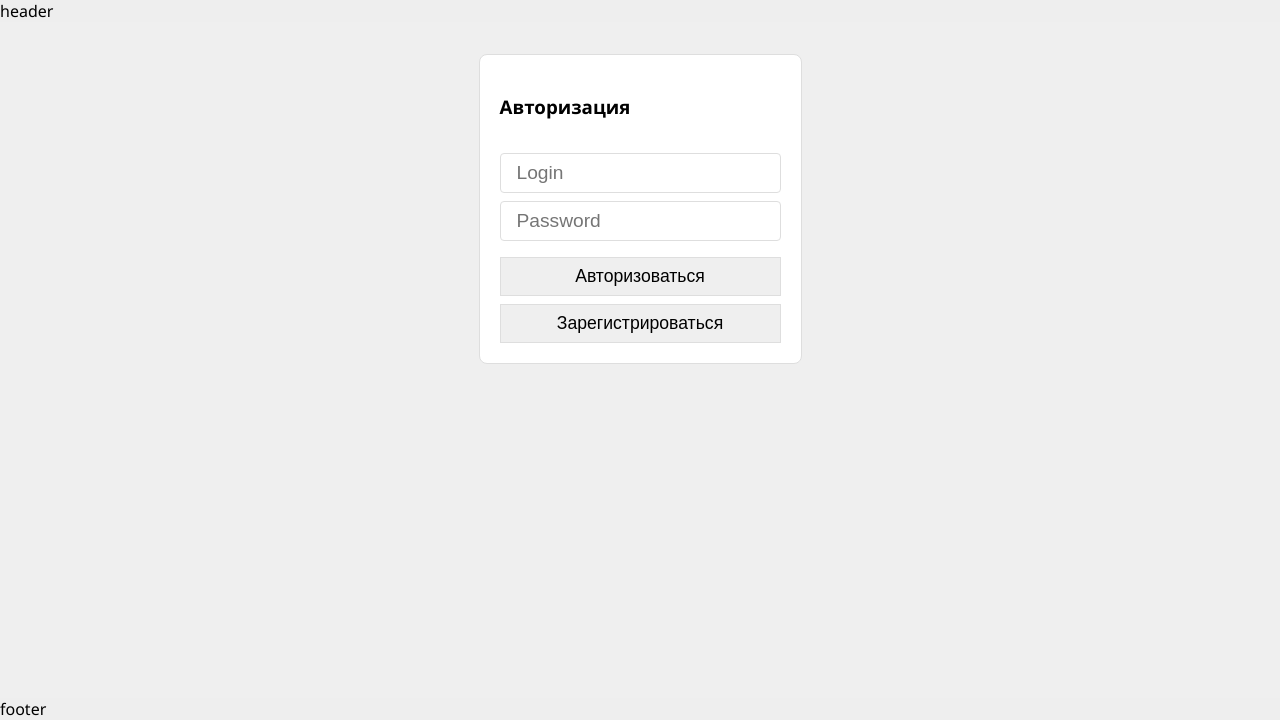
Repository: slep0y/fakeAuth
Page: index.html
The author's editor kept a copy of each file at every save. The page is drawn from the files as they stood at one save, then again after the next save.
The browser window is 1280 px wide. The pictures show the whole page.
The style sheet was rebuilt from its Sass, Less or Tailwind sources for each picture, by a compiler version that may differ from the author's.

Above is the page before, as saved 2025-01-19 18:15:57.

After the next save:
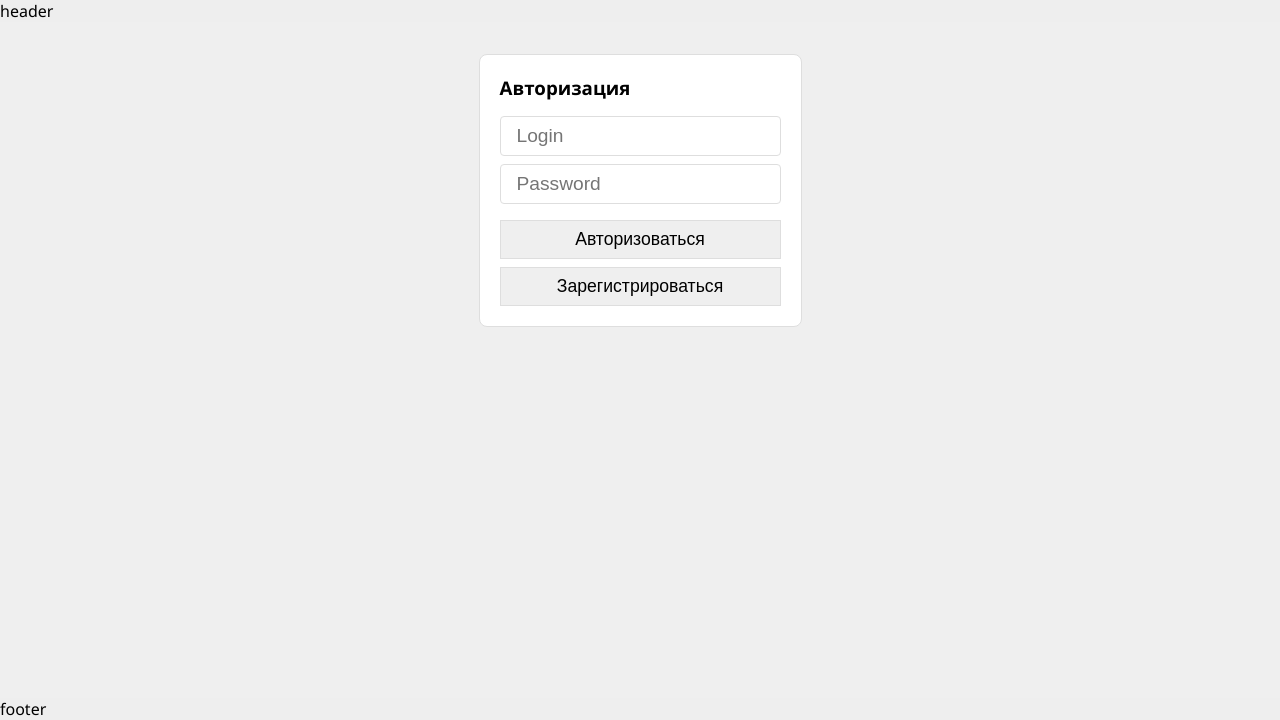
Saved 70 s later.
--- a/styles/blocks/form/_form.scss
+++ b/styles/blocks/form/_form.scss
@@ -12,6 +12,6 @@
         display: none;
     }
     &__message{
-        margin: revert;
+        margin: unset;
     }
 }

After the save that followed:
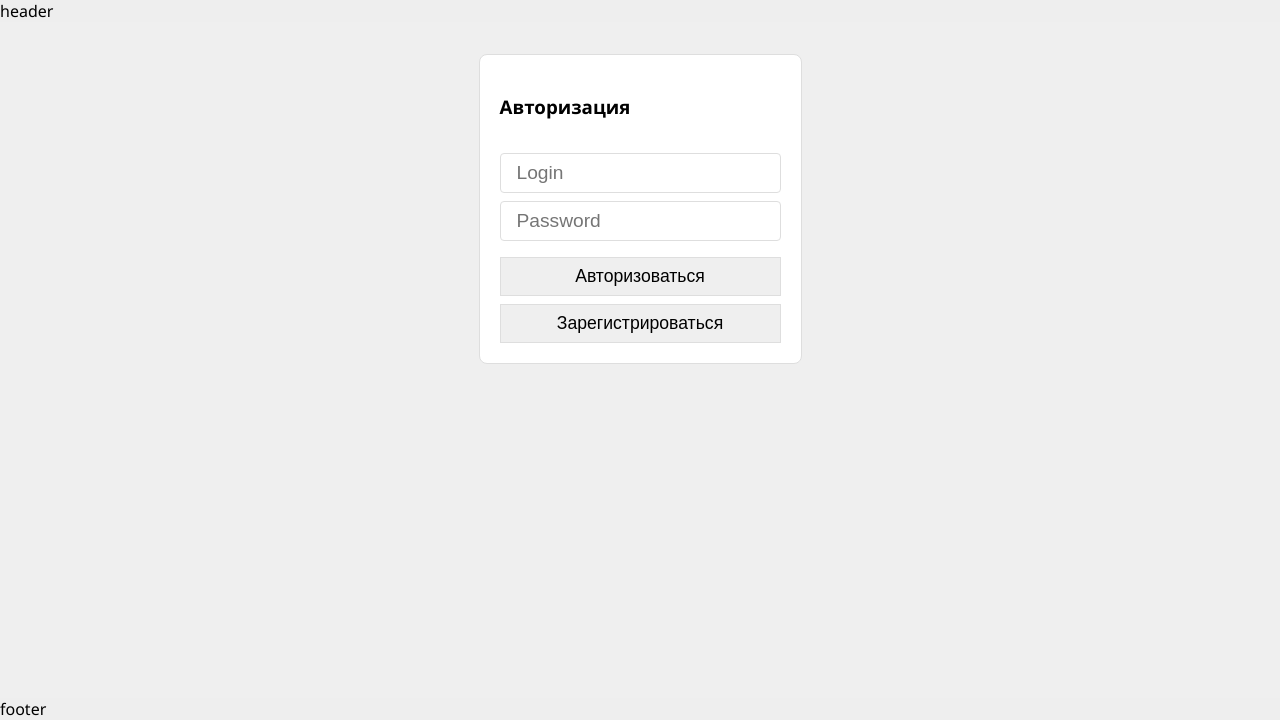
Saved 17 s later.
--- a/styles/blocks/form/_form.scss
+++ b/styles/blocks/form/_form.scss
@@ -11,7 +11,7 @@
     &.hidden{
         display: none;
     }
-    &__message{
+    &__title{
         margin: unset;
     }
 }
